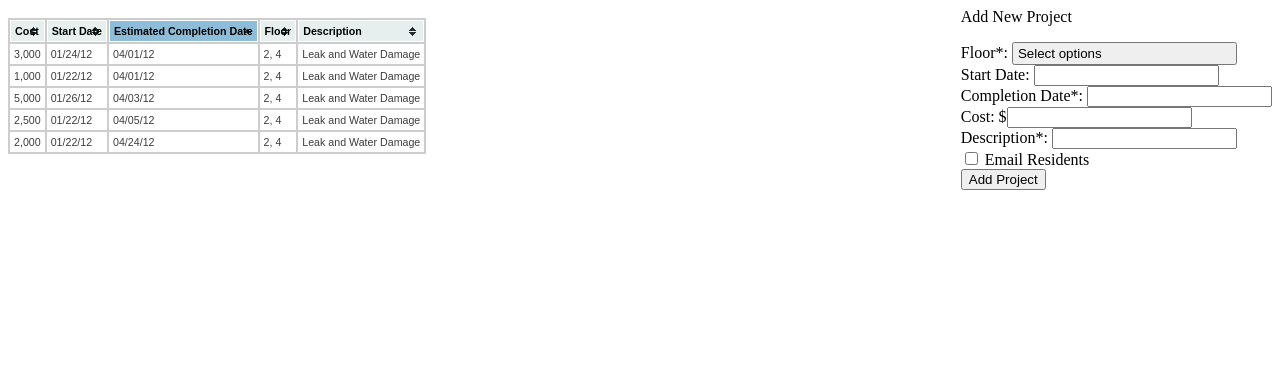
Repository: tjlin/HManager
Page: HManager/AddEditProject.html
The author's editor kept a copy of each file at every save. The page is drawn from the files as they stood at one save, then again after the next save.
The browser window is 1280 px wide. The pictures show the whole page.

Above is the page before, as saved 2012-04-16 01:22:09.

After the next save:
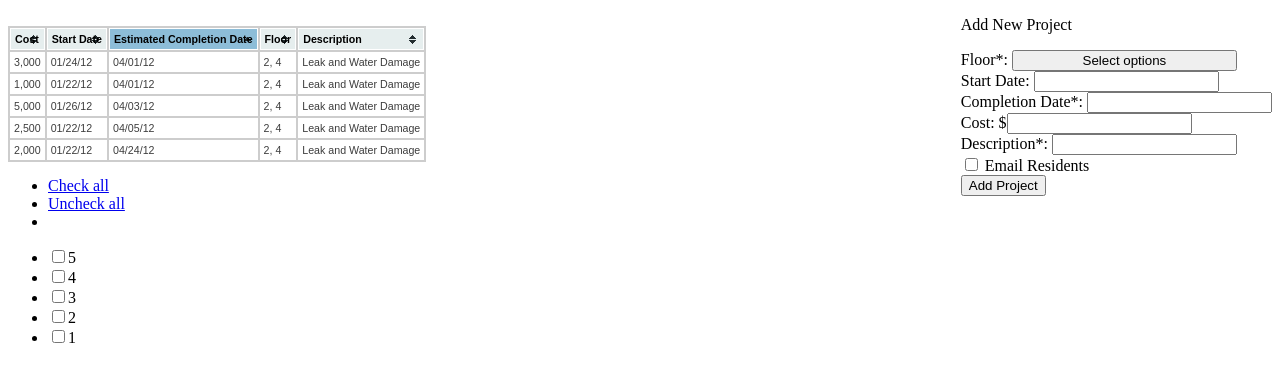
Saved 4 min 2 s later.
--- a/HManager/AddEditProject.html
+++ b/HManager/AddEditProject.html
@@ -4,7 +4,7 @@
     <meta charset="utf-8">
 <title>HManager</title>
 <link rel="stylesheet" type="text/css" href="css/style.css" />
-<link rel="stylesheet" type="text/css" href="jquery.multiselect.css" />
+<!-- <link rel="stylesheet" type="text/css" href="jquery.multiselect.css" /> -->
 <script type="text/javascript" src="jquery-latest.js"></script>
 <script type="text/javascript" src="jquery.tablesorter.js"></script>
 <script src="jquery-ui-1.8.18.custom.min.js"></script>

After the save that followed:
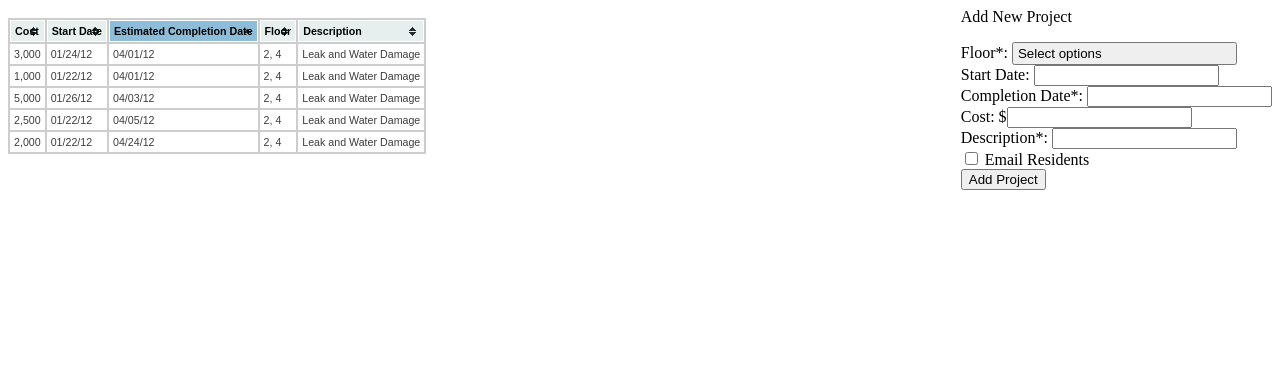
Saved 9 s later.
--- a/HManager/AddEditProject.html
+++ b/HManager/AddEditProject.html
@@ -4,7 +4,7 @@
     <meta charset="utf-8">
 <title>HManager</title>
 <link rel="stylesheet" type="text/css" href="css/style.css" />
-<!-- <link rel="stylesheet" type="text/css" href="jquery.multiselect.css" /> -->
+<link rel="stylesheet" type="text/css" href="jquery.multiselect.css" />
 <script type="text/javascript" src="jquery-latest.js"></script>
 <script type="text/javascript" src="jquery.tablesorter.js"></script>
 <script src="jquery-ui-1.8.18.custom.min.js"></script>
